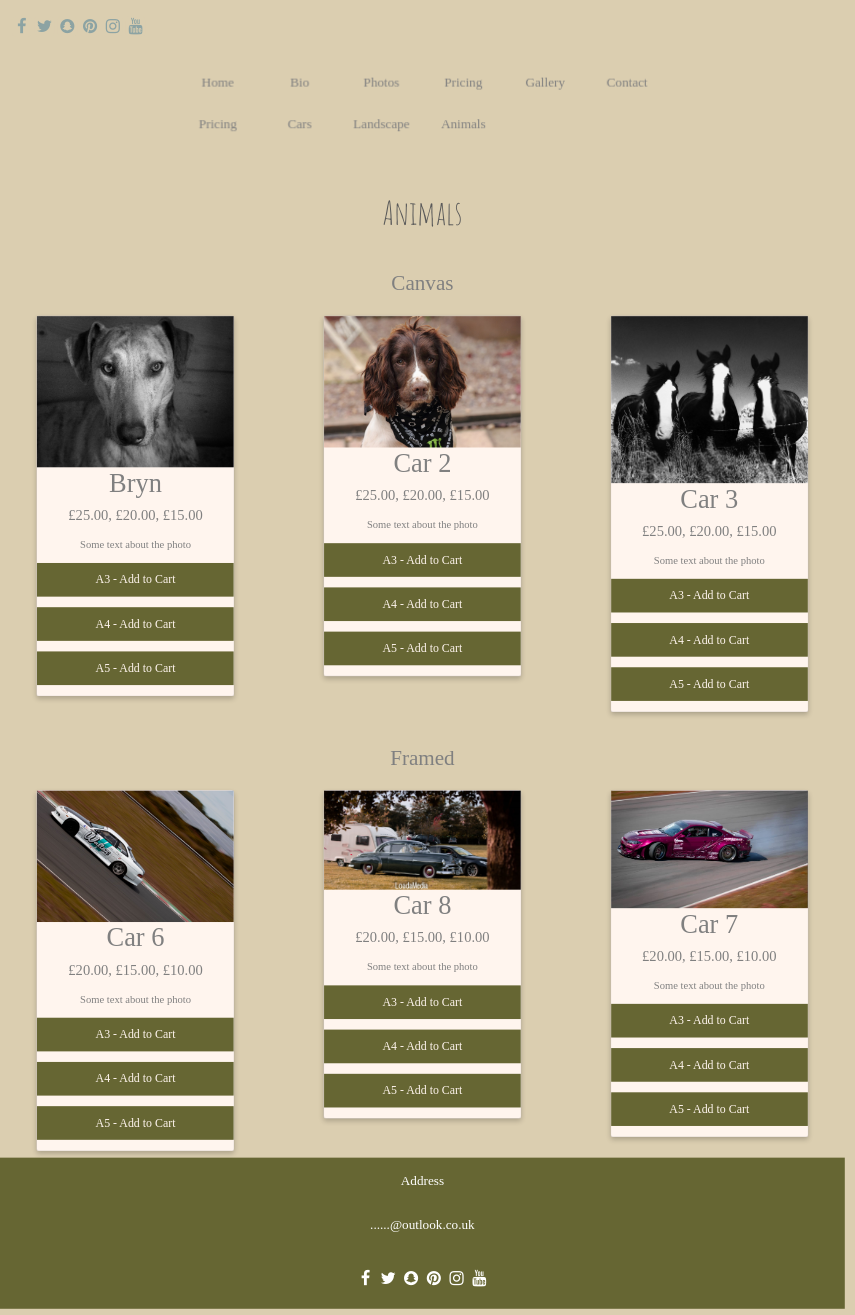
Repository: elizabeth24602/LoaderMedia
Page: animals.html
The author's editor kept a record of every edit. The page is drawn from the files as they stood at one moment, then again after the next edit.
The browser window is 1280 px wide. The page is 1296 px wide, so the pictures cover 1296 px, including what lies to the right of the window. The pictures show the whole page, at 66% of full size.
Some web fonts or font styles are not loaded; a fallback is used.

Above is the page before.
Console error: TypeError: Cannot read properties of null (reading 'textContent')
Not found: Assests/images/

After the next edit:
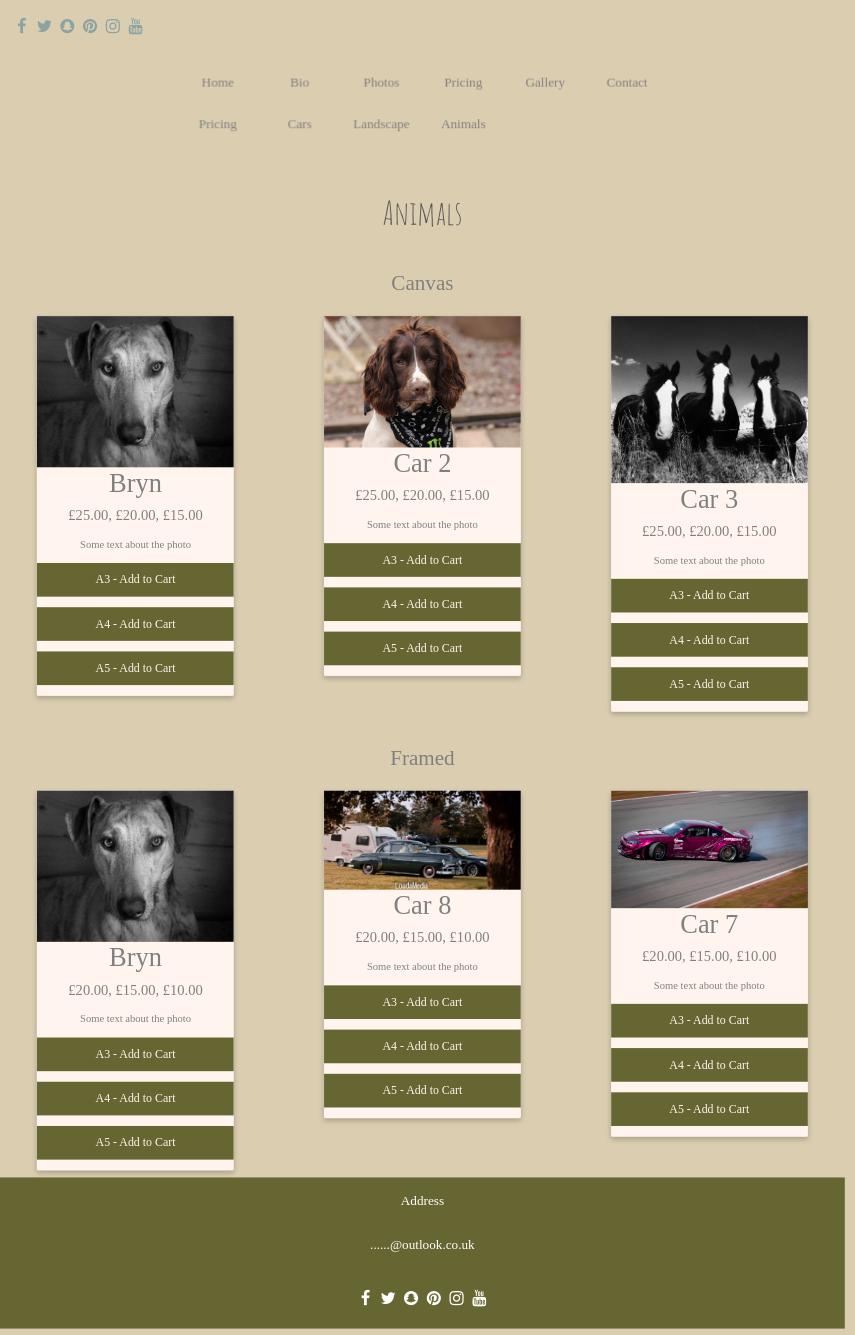
The edit:
--- a/animals.html
+++ b/animals.html
@@ -177,8 +177,8 @@
     <div class="row">
     <div class="col-sm-4">
         <div class="card">
-          <img src="Assests/images/car6.jpg" alt="car6" style="width:100%">
-          <h1>Car 6</h1>
+          <img src="Assests/images/bryn.jpg" alt="bryn" style="width:100%">
+          <h1>Bryn</h1>
               <p class="price">£20.00, £15.00, £10.00</p>
               <p>Some text about the photo</p>
               <p><button>A3 - Add to Cart</button></p>
